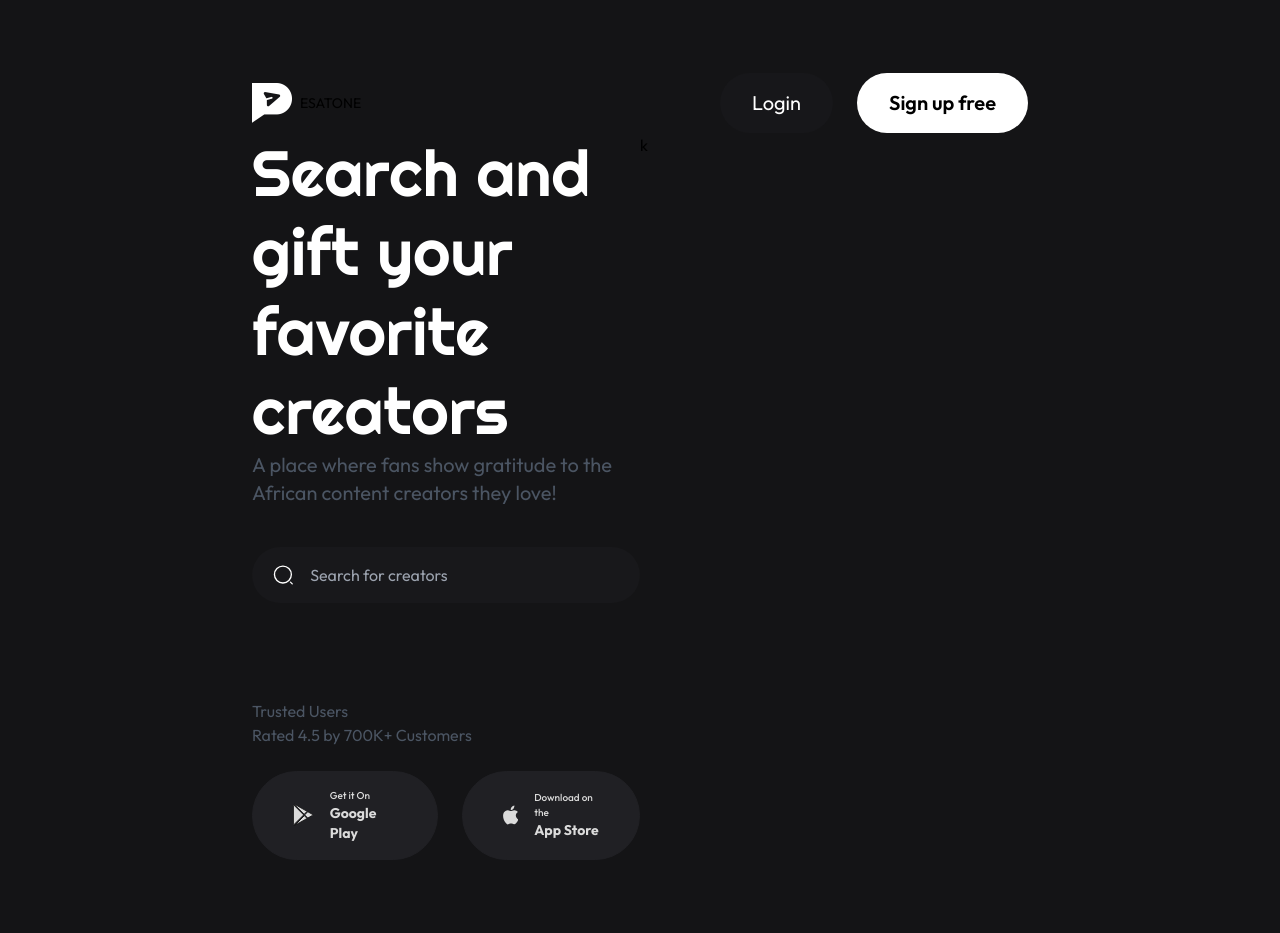
Repository: felixdusengimana/capstone-project-mirror
Page: / (app in frontend/)
These files come from the project's save history. The page is drawn as it stood at one moment and after the next save; the edit follows.
The browser window is 1280 px wide. The pictures show the whole page.
The project was rebuilt for these pictures with package versions that can differ from the ones it lists, and the page was loaded fresh each time. The framework's server and built-in components were replaced by stand-ins that run in the browser. Also part of the build but not shown: frontend/next.config.mjs.

Above is the page before, as saved 2024-03-11 12:36:43.

After the next save:
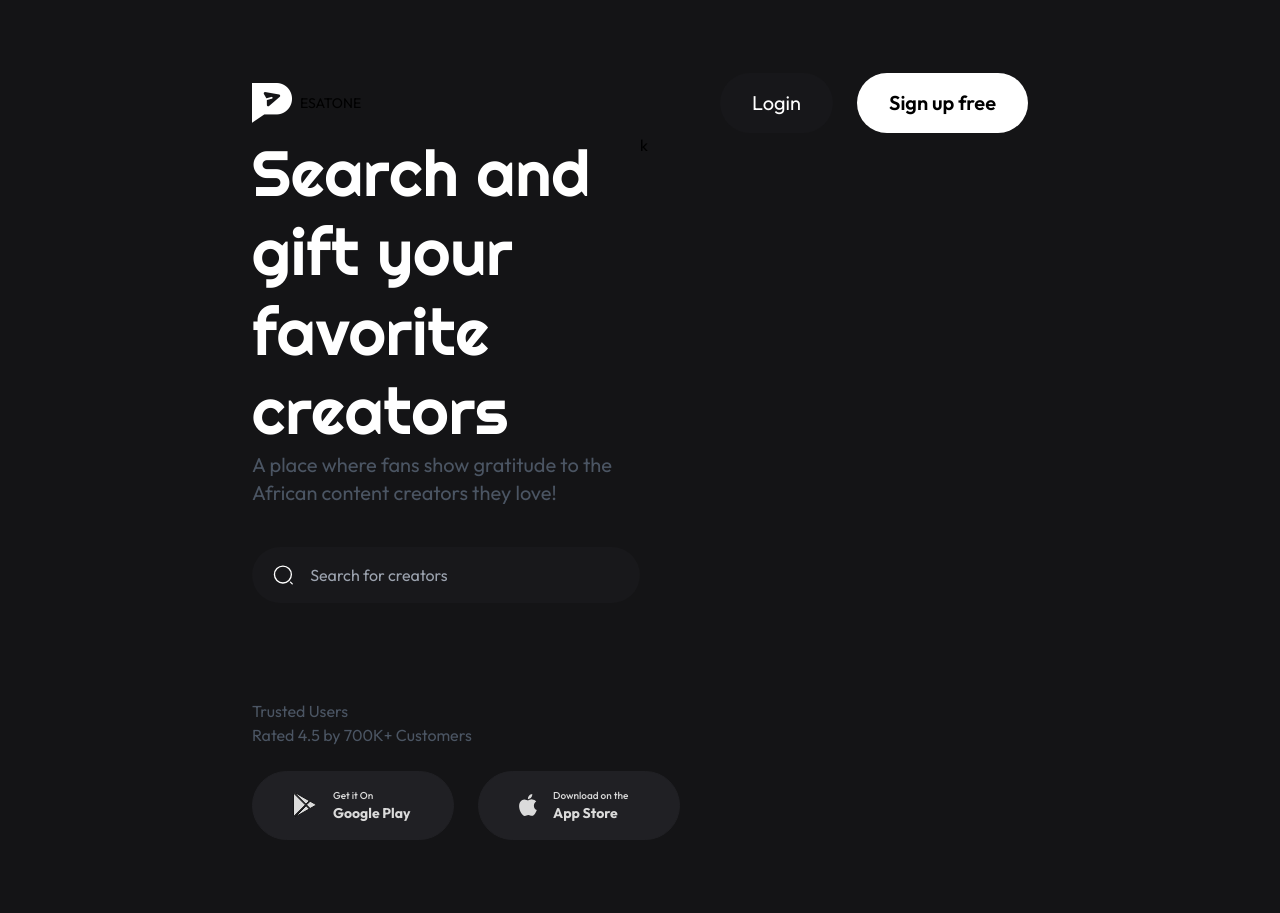
Saved 30 s later.
--- a/frontend/components/molecules/DownloadApp.tsx
+++ b/frontend/components/molecules/DownloadApp.tsx
@@ -9,7 +9,7 @@
   return (
     <div
       {...props}
-      className={`flex items-center gap-4 px-10 py-4 border border-[#202024] bg-[#202024] rounded-full`}
+      className={`flex items-center gap-4 px-10 py-4 border border-[#202024] bg-[#202024] rounded-full min-w-[202.09px]`}
     >
       <Icon name={os == "android" ? "google-play" : "apple-store"} />
       <div>
